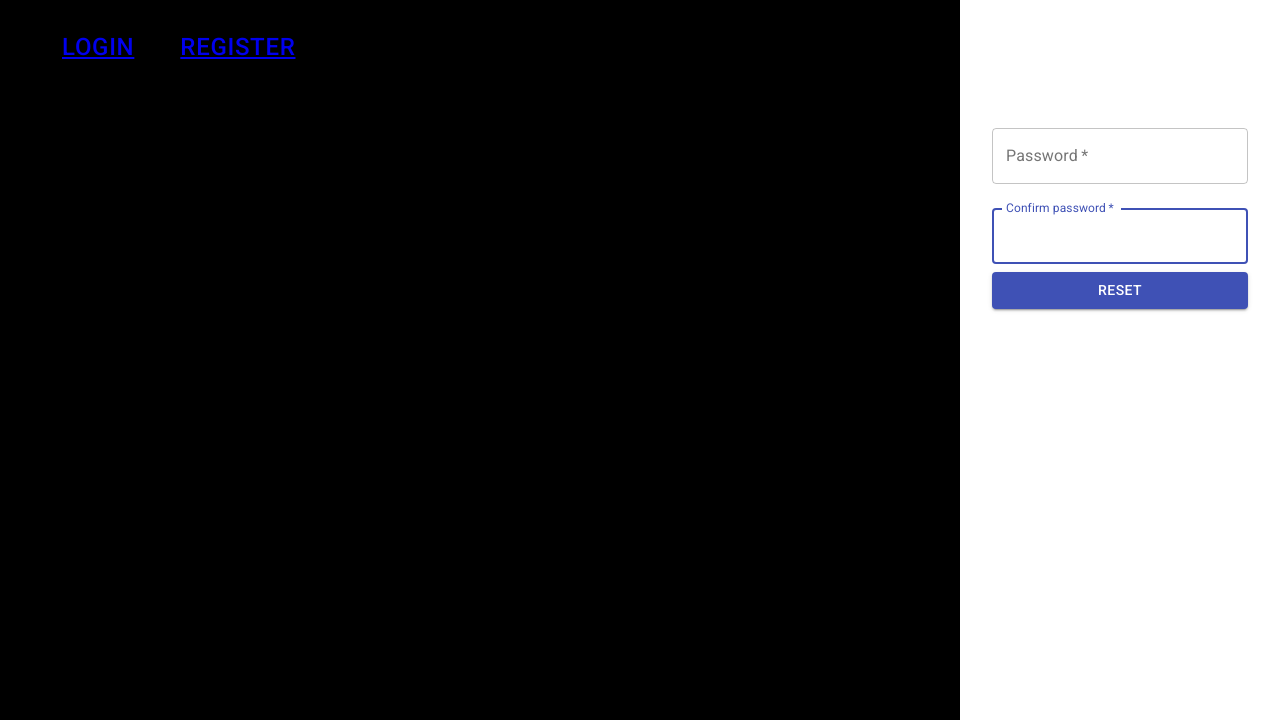
Repository: claudiuotea/FrontendAugmentator
Page: /resetpass
These files come from the project's save history. The page is drawn as it stood at one moment and after the next save; the edit follows.
The browser window is 1280 px wide. The pictures show the whole page.
The project was rebuilt for these pictures with package versions that can differ from the ones it lists, and the page was loaded fresh each time. Also part of the build but not shown: src/Components/Login.tsx, src/Components/Register.tsx, src/Components/ForgotPassword.tsx, src/Components/VerifyAccount.tsx.

Above is the page before, as saved 2021-05-11 20:05:01.

After the next save:
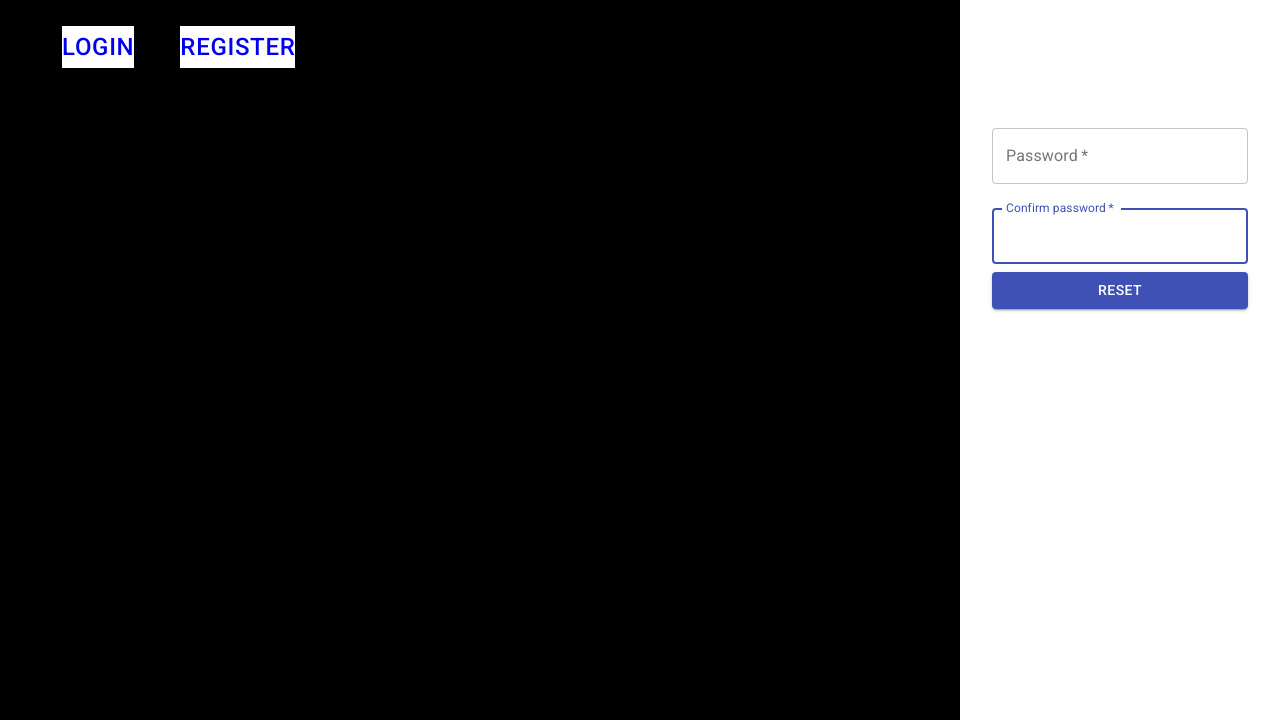
Saved 24 s later.
--- a/src/Components/NavbarNotLoggedIn.tsx
+++ b/src/Components/NavbarNotLoggedIn.tsx
@@ -40,10 +40,10 @@ export const NavbarNotLogged: React.FunctionComponent<{}> = () => {
     <AppBar position="fixed" className={classes.appBar}>
       <Toolbar>
         <Button color="inherit" className={classes.menuButton}>
-          <Link to="/login">Login</Link>
+          <Link className={classes.link} to="/login">Login</Link>
         </Button>
         <Button color="inherit" className={classes.menuButton}>
-          <Link to="/register">Register</Link>
+          <Link className={classes.link} to="/register">Register</Link>
         </Button>
       </Toolbar>
     </AppBar>
